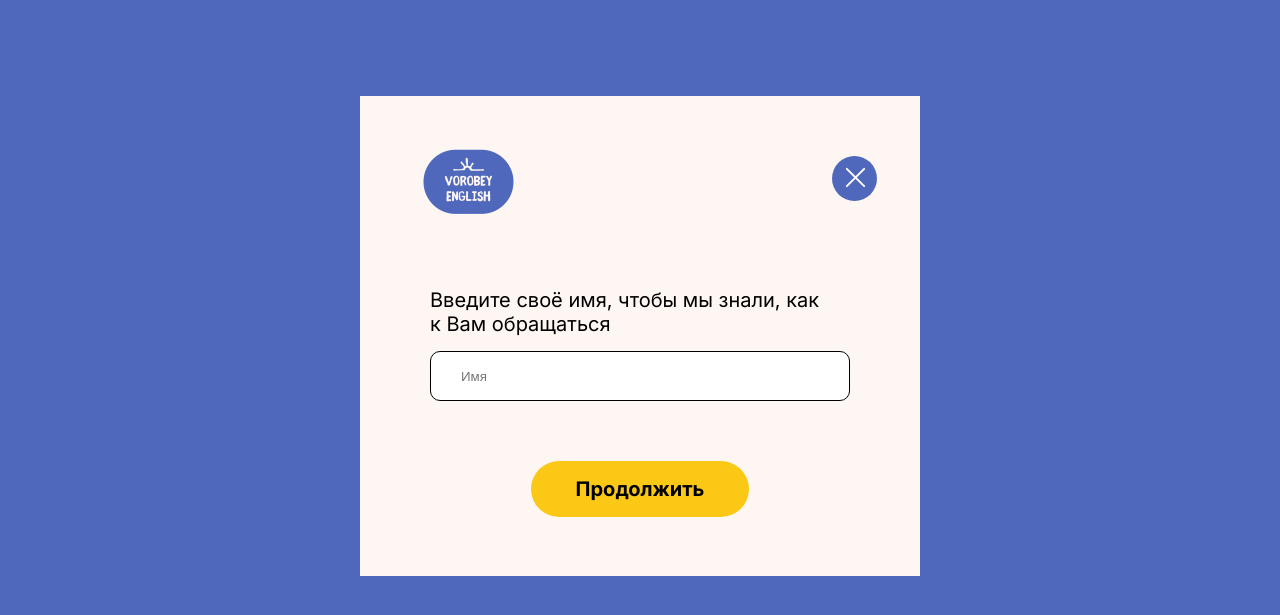
Repository: WladimirVA/PP-01-01_Dandelions
Page: name.html
The author's editor kept a copy of each file at every save. The page is drawn from the files as they stood at one save, then again after the next save.
The browser window is 1280 px wide. The pictures show the whole page.

Above is the page before, as saved 2023-03-13 14:47:40.

### name.html
<!DOCTYPE html>
<html lang="en">
<head>
    <meta charset="UTF-8">
    <meta http-equiv="X-UA-Compatible" content="IE=edge">
    <meta name="viewport" content="width=\, initial-scale=1.0">
    <link href="./static/css/name.css" rel="stylesheet" type="text/css">
    <link href="./static/css/fonts.css" rel="stylesheet" type="text/css">
    <link rel="icon" sizes="16x16" href="./static/img/Иконка _Лого_ (1_1).svg" type="image/x-icon">
    <style>
        @import url('https://fonts.googleapis.com/css2?family=Inter:wght@100;200;300;400;500;600;700;800;900&display=swap');
        @import url('https://fonts.googleapis.com/css2?family=Inter:wght@100;200;300;400;500;600;700;800;900&family=Work+Sans:ital,wght@0,100;0,200;0,300;0,400;0,500;0,600;0,700;0,800;0,900;1,100;1,200;1,300;1,400;1,500;1,600;1,700;1,800;1,900&display=swap');
    </style>
    <title>Dandelions</title>
</head>
<body>

    <form class="NAME_LOGO" action="./next_test.html" method="get">
        <div class="Name-logo">
            <a href="Index.html"><img src="./static/img/Иконка _Лого_ (1).svg"></a>
            <img class="Name-logo-img1" src="./static/img/Ellipse 6 (2).svg">
            <a href="./Index.html"><img class="Name-logo-img" src="./static/img/Vector (5).svg"></a>
        </div>
        <div class="name">
            <label class="label">Введите своё имя, чтобы мы знали, как <br>к Вам обращаться
            <input class="text-input" type="text" maxlength="255" minlength="2" placeholder="Имя" required pattern="[A-Za-zА-Яа-яЁё]"></label>
        </div>
        <div class="button">
                <button class="button submit_button">Продолжить</button>
        </div>
        <div>
            <input type="hidden" name="name" id="brow" value="efdsgdrgdert" >
            <input type="hidden" name="name" id="vers" value="" >
        </div>
    </form>
    </div>
    <script src="./static/js/browser.js"></script>
    <!-- <script>
        document.querySelector('input').addEventListener('input', function() {
  this.value = this.value.replace(/[A-Za-zА-Яа-яЁё]/g, '');
});
    </script> -->
</body>
</html>

### static/css/name.css
body {
    align-items: center;
    width: 100%;
    max-width: 1366px;
    margin: auto;
    font-family: 'Inter', 'Work Sans', "NunitoSans-Light", Arial, Helvetica, sans-serif;
    background: #4F68BB;
}

* {
    margin: 0;
    padding: 0;
}

.NAME_LOGO {
    width: 560px;
    height: 480px;
    position: fixed; top: 50%; left: 50%;
    transform: translate(-50%, -55%);
    /* box-shadow: 0px 0px 25px; */
    background-color: #FEF6F3;
}

.NAME_LOGO_INFO {
    width: 780px;
    height: 688px;
    position: fixed; top: 50%; left: 50%;
    transform: translate(-50%, -55%);
    /* box-shadow: 0px 0px 25px; */
    background-color: #FEF6F3;

    position: absolute;
    top:  50%;
    left: 50%;
    transform: translate(-50%,-50%);
}

.Name-logo {
    display: flex;
}

.Name-logo a {
    margin: 30px 0 0 0px;
    padding-left: 25px;
}

.Name-logo-img1 {
    margin: 33px 0 0 280px;
}

.Name-logo-img1-info {
    margin: 17px 0 0 435px;
}

.Name-logo-img {
    margin: 41px 0 0 -57px;
}

.Name-logo-img-info {
    margin: 35px 0 0 -57px;
}

.name {
    margin: 60px 0 60px 70px;
}

.name p {
    text-align: right;
    margin: 15px 73px 66px 0;
    font-family: 'Inter';
    font-style: normal;
    font-weight: 400;
    font-size: 12px;
    line-height: 16px;
}

.label {
    text-align: center;
    font-family: 'Inter';
    font-style: normal;
    font-weight: 400;
    font-size: 20px;
    line-height: 24px;
}

.text-input {
    margin: 15px 0 0 0;
    width: 388px;
    height: 48px;
    border: 1px solid #000000;
    border-radius: 10px;
    padding-left: 30px;
}

.text-input, .text-input::before, .text-input::after {
    box-size: border-box;
  }

.button {
    text-align: center;
}
.submit_button {
    background: #FBC815;
    border-radius: 50px;
    width: 218px;
    height: 56px;
    font-family: 'Inter';
    font-style: normal;
    font-weight: 700;
    font-size: 20px;
    line-height: 24px;
    border: 0;
    cursor: pointer;
}

.submit_button:hover {
    background-color: #BC9F3B;
}

.submit_button:active {
    background-color: #FDE07D;
}

.info p {
    text-align: center;
    font-family: 'Inter';
    font-style: normal;
    font-weight: 700;
    font-size: 32px;
    line-height: 40px;
    margin: 55px 0 35px 0;
}

.info-li {
    margin: 18px 0 18px 0;
}

.info ul {
    margin: 63px 0 65px 100px;
    width: 580px;
    height: 190px;
    font-family: 'Inter';
    font-style: normal;
    font-weight: 400;
    font-size: 24px;
    line-height: 32px;
}

### static/css/fonts.css
/* @import url('https://fonts.googleapis.com/css2?family=Work+Sans:ital,wght@0,600;0,800;1,800&display=swap'); */


/* @import url('https://fonts.googleapis.com/css2?family=Inter:wght@400;500;600;700;800&family=Work+Sans:ital,wght@0,600;0,800;1,800&display=swap'); */

/*
@import url('https://fonts.googleapis.com/css2?family=Inter:wght@100;200;300;400;500;600;700;800;900&display=swap');

@import url('https://fonts.googleapis.com/css2?family=Inter:wght@100;200;300;400;500;600;700;800;900&family=Work+Sans:ital,wght@0,100;0,200;0,300;0,400;0,500;0,600;0,700;0,800;0,900;1,100;1,200;1,300;1,400;1,500;1,600;1,700;1,800;1,900&display=swap'); */

### static/js/browser.js
navigator.rew = (() => {
  const { userAgent } = navigator
  let match = userAgent.match(/(opera|chrome|safari|firefox|msie|trident(?=\/))\/?\s*(\d+)/i) || []
  let temp

  if (/trident/i.test(match[1])) {
    temp = /\brv[ :]+(\d+)/g.exec(userAgent) || []

    return `IE ${temp[1] || ''}`
  }

  if (match[1] === 'Chrome') {
    temp = userAgent.match(/\b(OPR|Edge)\/(\d+)/)

    if (temp !== null) {
      return temp.slice(1).join(' ').replace('OPR', 'Opera')
    }

    temp = userAgent.match(/\b(Edg)\/(\d+)/)

    if (temp !== null) {
      return temp.slice(1).join(' ').replace('Edg', 'Edge (Chromium)')
    }
  }

  match = match[2] ? [ match[1], match[2] ] : [ navigator.appName, navigator.appVersion, '-?' ]
  temp = userAgent.match(/version\/(\d+)/i)

  if (temp !== null) {
    match.splice(1, 1, temp[1])
  }

  return match.join(' ')
})()

console.log(navigator.rew)

document.getElementById("brow").innerHTML = navigator.rew;

After the next save:
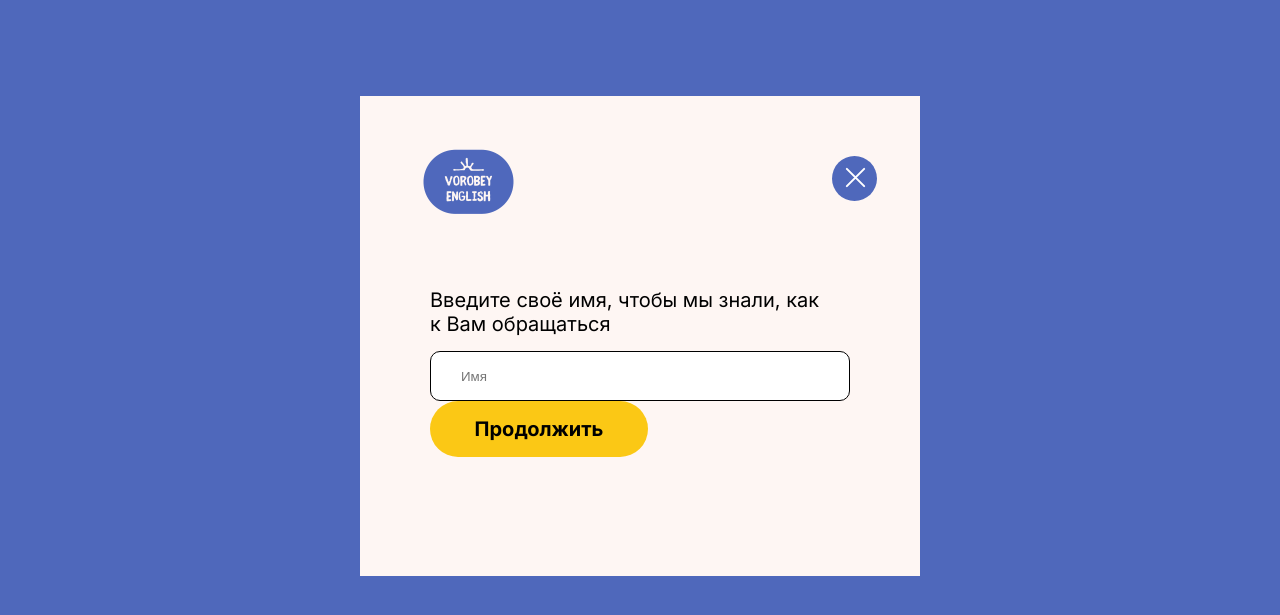
Console error: SyntaxError: Invalid or unexpected token
Saved 2 min 42 s later.
--- a/name.html
+++ b/name.html
@@ -23,7 +23,7 @@
         </div>
         <div class="name">
             <label class="label">Введите своё имя, чтобы мы знали, как <br>к Вам обращаться
-            <input class="text-input" type="text" maxlength="255" minlength="2" placeholder="Имя" required pattern="[A-Za-zА-Яа-яЁё]"></label>
+            <input class="text-input" type="text" maxlength="255" minlength="2" placeholder="Имя" required onkeyup="limitInput( 'en', this )></label>
         </div>
         <div class="button">
                 <button class="button submit_button">Продолжить</button>
@@ -35,10 +35,24 @@
     </form>
     </div>
     <script src="./static/js/browser.js"></script>
-    <!-- <script>
-        document.querySelector('input').addEventListener('input', function() {
-  this.value = this.value.replace(/[A-Za-zА-Яа-яЁё]/g, '');
-});
-    </script> -->
+    <script>
+
+function limitInput( k, obj ) {
+    switch( k ){
+        case 'ru':
+            # В данном случае мы разрешаем ввод кириллических букв, цифр, пробела и дефис
+            obj.value = obj.value.replace(/[^а-яА-ЯёЁ0-9 -]/ig,'');
+        break;
+        case 'en':
+            # В данном случае мы разрешаем ввод латинских букв, цифр, пробела и дефис
+            obj.value = obj.value.replace(/[^a-zA-Z0-9 -]/ig,'');
+        break;
+    }
+}
+
+//         document.querySelector('input').addEventListener('input', function() {
+//   this.value = this.value.replace(/[A-Za-zА-Яа-яЁё]/g, '');
+// });
+    </script>
 </body>
 </html>

After the save that followed:
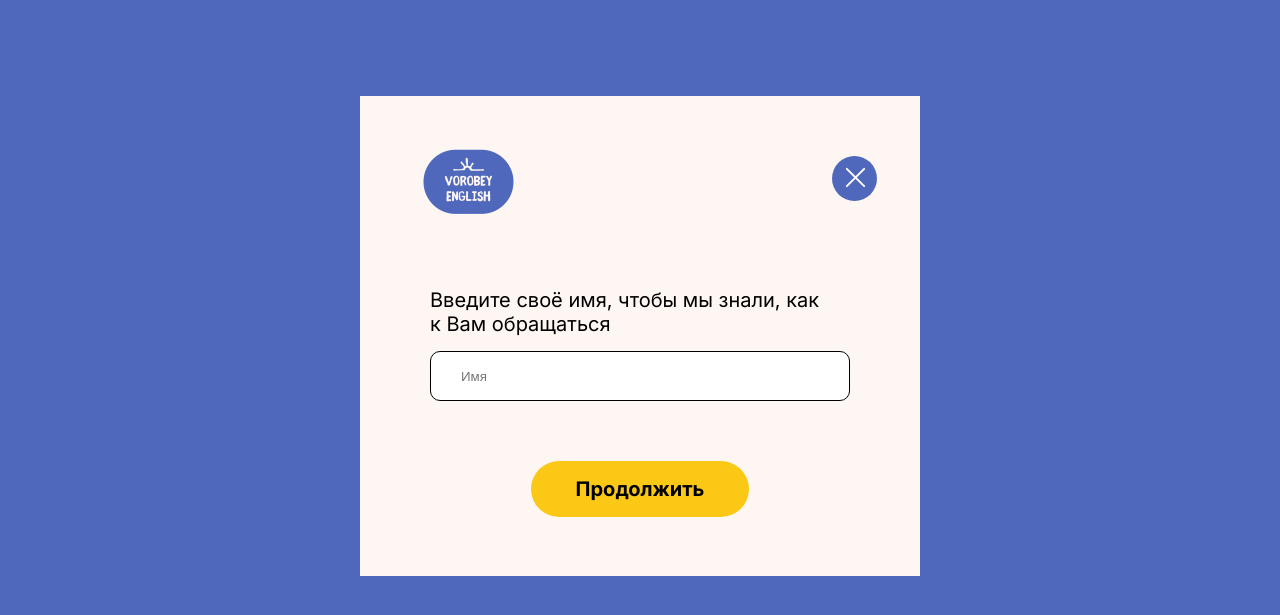
The error is gone.
Saved 32 s later.
--- a/name.html
+++ b/name.html
@@ -23,7 +23,7 @@
         </div>
         <div class="name">
             <label class="label">Введите своё имя, чтобы мы знали, как <br>к Вам обращаться
-            <input class="text-input" type="text" maxlength="255" minlength="2" placeholder="Имя" required onkeyup="limitInput( 'en', this )></label>
+            <input class="text-input" type="text" maxlength="255" minlength="2" placeholder="Имя" required></label>
         </div>
         <div class="button">
                 <button class="button submit_button">Продолжить</button>
@@ -36,20 +36,6 @@
     </div>
     <script src="./static/js/browser.js"></script>
     <script>
-
-function limitInput( k, obj ) {
-    switch( k ){
-        case 'ru':
-            # В данном случае мы разрешаем ввод кириллических букв, цифр, пробела и дефис
-            obj.value = obj.value.replace(/[^а-яА-ЯёЁ0-9 -]/ig,'');
-        break;
-        case 'en':
-            # В данном случае мы разрешаем ввод латинских букв, цифр, пробела и дефис
-            obj.value = obj.value.replace(/[^a-zA-Z0-9 -]/ig,'');
-        break;
-    }
-}
-
 //         document.querySelector('input').addEventListener('input', function() {
 //   this.value = this.value.replace(/[A-Za-zА-Яа-яЁё]/g, '');
 // });
